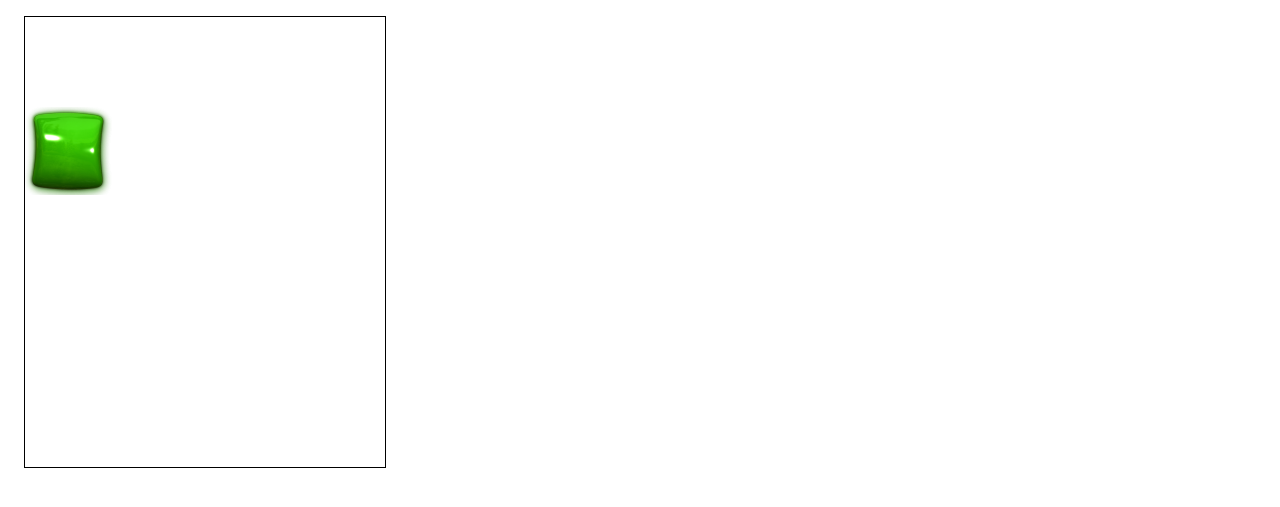
Repository: aliyou56/CandyCrush
Page: candycrush.html
An editor plug-in stored every save of this project. The page is shown before and after the next save, followed by the edit.
The browser window is 1280 px wide. The pictures show the whole page.

Above is the page before, as saved 2020-02-03 15:04:38.

### candycrush.html
<!DOCTYPE html>
<html>
    <head>
        <meta http-equiv="Content-Type" content="text/html;charset=utf-8"/>
        <title>Candy Crush</title>
        <script src="candycrush.js" type="text/javascript"></script>
    </head>

    <body>
        <!-- text-align: center;  -->
        <div style="margin: 1em;">
            <canvas id="canvas" width="360" height="450" style="border:1px solid #000000;"></canvas>
        </div>
    </body>
</html>

### candycrush.js

window.onload = function() {
    var canvas = document.getElementById("canvas")
    var context = canvas.getContext("2d")

    var controller = new Controller(context)
    controller.view.drawAll(context)
    //controller.view.animate(context)
}



// This class represent a sprite object (bonbon) in the candy crush game.
// It contains the type of the sprite, the width and the height.
// It contains also differents methods which allow it among others
// to update itself or to draw itself in a context.
class Sprite {

    // Constructor with type of the sprite, the width anf the height
    constructor(obj_, width_, height_) {
        this.obj = obj_
        this.width = width_
        this.height = height_

        this.isSelected = false
        this.boardX = this.boardY = 0
        this.pageX = this.pageY = 0
    }

    // Position the sprite at the given position (boardX_, boardY_) on the board
    position(boardX_, boardY_) {
        this.boardX = boardX_
        this.boardY = boardY_
        this.pageX = this.boardX * this.width
        this.pageY = this.boardY * this.height
    }

    // Draw the sprite to it's current position in the given context.
    // TODO when isSelected
    draw(context) {
        // console.log("Sprite->draw: obj="+this.obj+", "
        //     +"board("+this.boardX+", "+this.boardY+"), "
        //     +"page("+this.pageX+", "+this.pageY+"), ")
        var img = new Image()
        img.onload = function() {
            if(this.isSelected) {

            } else { //this.pageX+1 this.pageY+1
                console.log("Sprite->draw: obj="+this.obj+", "
                    +"board("+this.boardX+", "+this.boardY+"), "
                    +"page("+this.pageX+", "+this.pageY+"), ")
                context.drawImage(img, 0, 90, this.width, this.height);
            }
        }
        img.src = this.getImagePath()
    }

    //
    getImagePath() {
        var result = "images/"
        switch(this.obj) {
            case 1: result += "Blue"; break;
            case 2: result += "Green"; break;
            case 3: result += "Orange"; break;
            case 4: result += "Red"; break;
            case 5: result += "Yellow"; break;
            default:
        }
        return result + ".png"
    }

    //
    animate(context) {
        this.update()
        this.draw(context)
        if(this.isMoving()) {
            setTimeout(animate, 100)
        }
    }

    // Update the position (x, y) of the sprite with an offset of +/-5
    // when it's current position ios different from the new position
    // (toX, toY)
    update() {
        var offset = 5
        let toPageX = this.boardX * this.width
        let toPageY = this.boardY * this.height
        if(this.pageX != toPageX) {
            this.pageX = (this.pageX < toPageX) ? this.pageX+offset : this.pageX-offset
        }
        if(this.pageY != toPageY) {
            this.pageY = (this.pageY < toPageY) ? this.pageY+offset : this.pageY-offset
        }
    }

    // Return true if the sprite is in movement (when it doesn't
    // get to the position (toX, toY) ), false otherwise.
    isMoving() {
        let toPageX = this.boardX * this.width
        let toPageY = this.boardY * this.height
        return !(this.pageX === toPageX && this.pageY === toPageY)
    }

    // Move the sprite to the given position (x_, y_)
    moveTo(x_, y_) {
        this.boardX = x_
        this.boardY = y_
        this.selected(false)
    }

    // Make the sprite selected or not.
    selected(isSelected_) {
        this.selected = isSelected_
    }
}



class Model {
    constructor() {
        //console.log("Model -> constructor")
        this.score = 0
        this.board = this.init()
    }

    init() {
        //console.log("Model -> init")
        var result = new Array()
        for(let i=0; i<5; i++) {
            let row = []
            for(let j=0; j<4; j++) {
                row.push(Math.floor((Math.random() * 5) +1))
            }
            result.push(row)
        }
        return result
    }
}



//
class View {
    constructor() {
        //console.log("View -> constructor")
        this.board = new Array()
    }

    //
    init(model) {
        //console.log("View -> init")
        for(let i in model.board) {
            var row = []
            for(let j in model.board[i]) {
                var sprite = new Sprite(model.board[i][j], 90, 90)
                var x = i - model.board.length
                var y = j - model.board[i].length
                //sprite.position(x, y)
                //sprite.moveTo(i, j)
                sprite.position(i, j)
                row.push(sprite)
            }
            this.board.push(row)
        }
    }

    //
    animate(context) {
        console.log("View -> animate")
        this.updateAll()
        this.drawAll(context)
        var that = this
        console.log("view.isMoving : " + this.isMoving())
        if(this.isMoving()) {
            setTimeout(() => {that.animate(context)}, 100)
        }
    }

    //
    drawAll(context) {
        console.log("View -> drawAll")
        context.fillStyle = "gold"
        context.fillRect(0, 0, context.width, context.height);
        this.board[0][0].draw(context)
        // for(let row of this.board) {
        //     for(let sprite of row) {
        //         sprite.draw(context)
        //     }
        // }
    }

    //
    updateAll() {
        console.log("View -> updateAll")
        for(let row of this.board) {
            for(let sprite of row) {
                sprite.update()
            }
        }
    }

    // Return true if at least a sprite is in movement, false otherwise
    isMoving() {
        for(let row of this.board) {
            for(let sprite of row) {
                if(sprite.isMoving()) {
                    return true
                }
            }
        }
        return false
    }
}

//
class Controller {
    constructor(context_) {
        this.context = context_
        this.model = new Model()
        this.view = new View()
        this.view.init(this.model)
    }
}

After the next save:
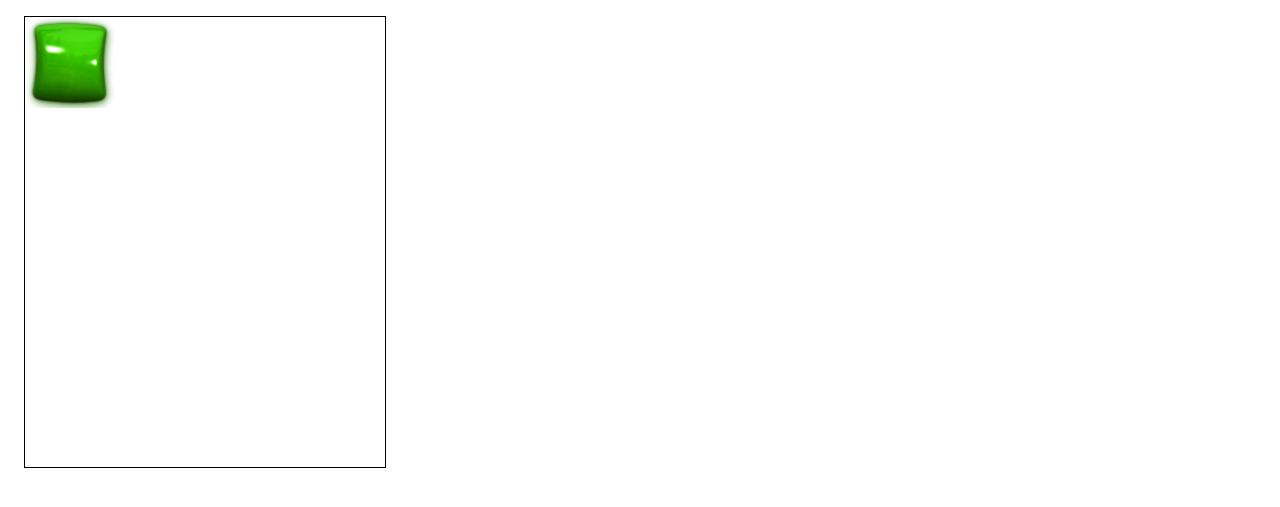
Saved 88 s later.
--- a/candycrush.js
+++ b/candycrush.js
@@ -38,18 +38,16 @@
     // Draw the sprite to it's current position in the given context.
     // TODO when isSelected
     draw(context) {
-        // console.log("Sprite->draw: obj="+this.obj+", "
-        //     +"board("+this.boardX+", "+this.boardY+"), "
-        //     +"page("+this.pageX+", "+this.pageY+"), ")
+        console.log("Sprite->draw: obj="+this.obj+", "
+            +"board("+this.boardX+", "+this.boardY+"), "
+            +"page("+this.pageX+", "+this.pageY+"), ")
+        var that = this
         var img = new Image()
         img.onload = function() {
-            if(this.isSelected) {
-
-            } else { //this.pageX+1 this.pageY+1
-                console.log("Sprite->draw: obj="+this.obj+", "
-                    +"board("+this.boardX+", "+this.boardY+"), "
-                    +"page("+this.pageX+", "+this.pageY+"), ")
-                context.drawImage(img, 0, 90, this.width, this.height);
+            if(that.isSelected) {
+
+            } else {
+                context.drawImage(img, that.pageX+1, that.pageY+1, that.width, that.height);
             }
         }
         img.src = this.getImagePath()
